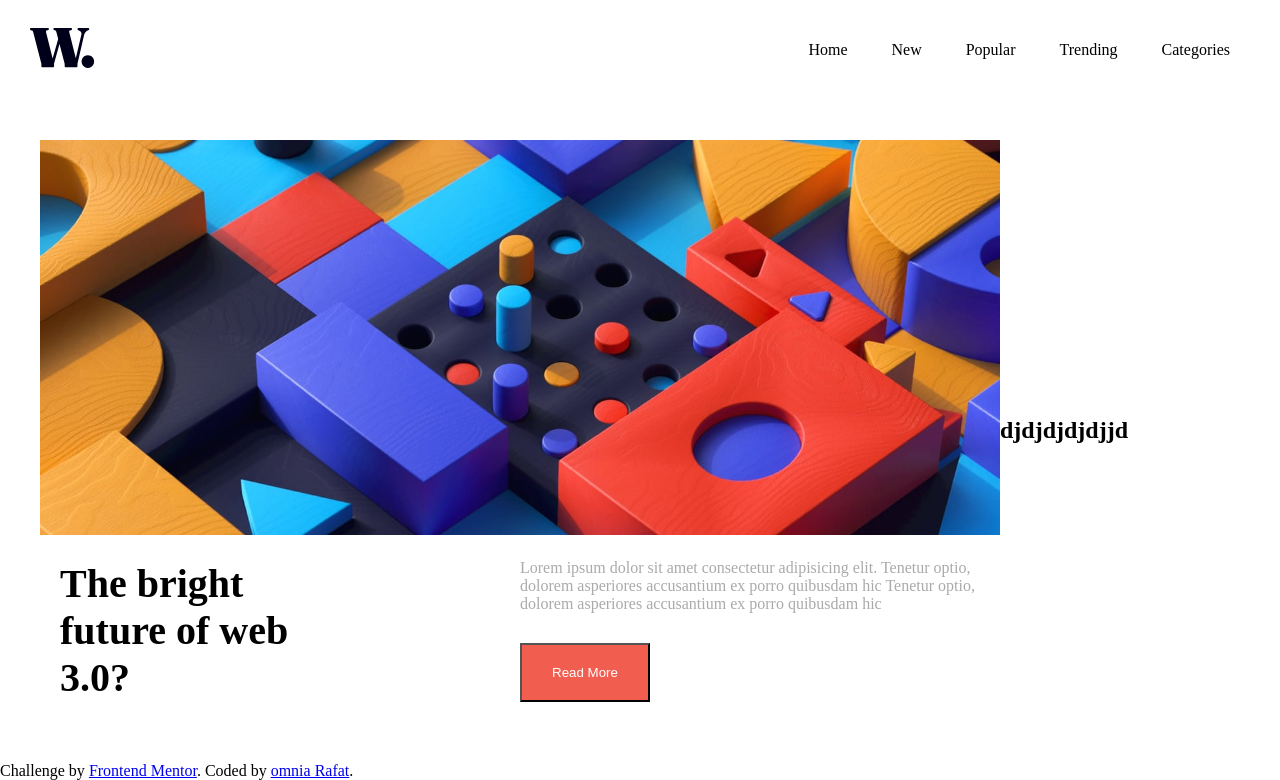
Repository: OmniaRafat232111121/HomePage
Page: index.html
The author's editor kept a copy of each file at every save. The page is drawn from the files as they stood at one save, then again after a run of saves.
The browser window is 1280 px wide. The pictures show the whole page.

Above is the page before, as saved 2022-12-17 15:56:30.

After the next 3 saves:
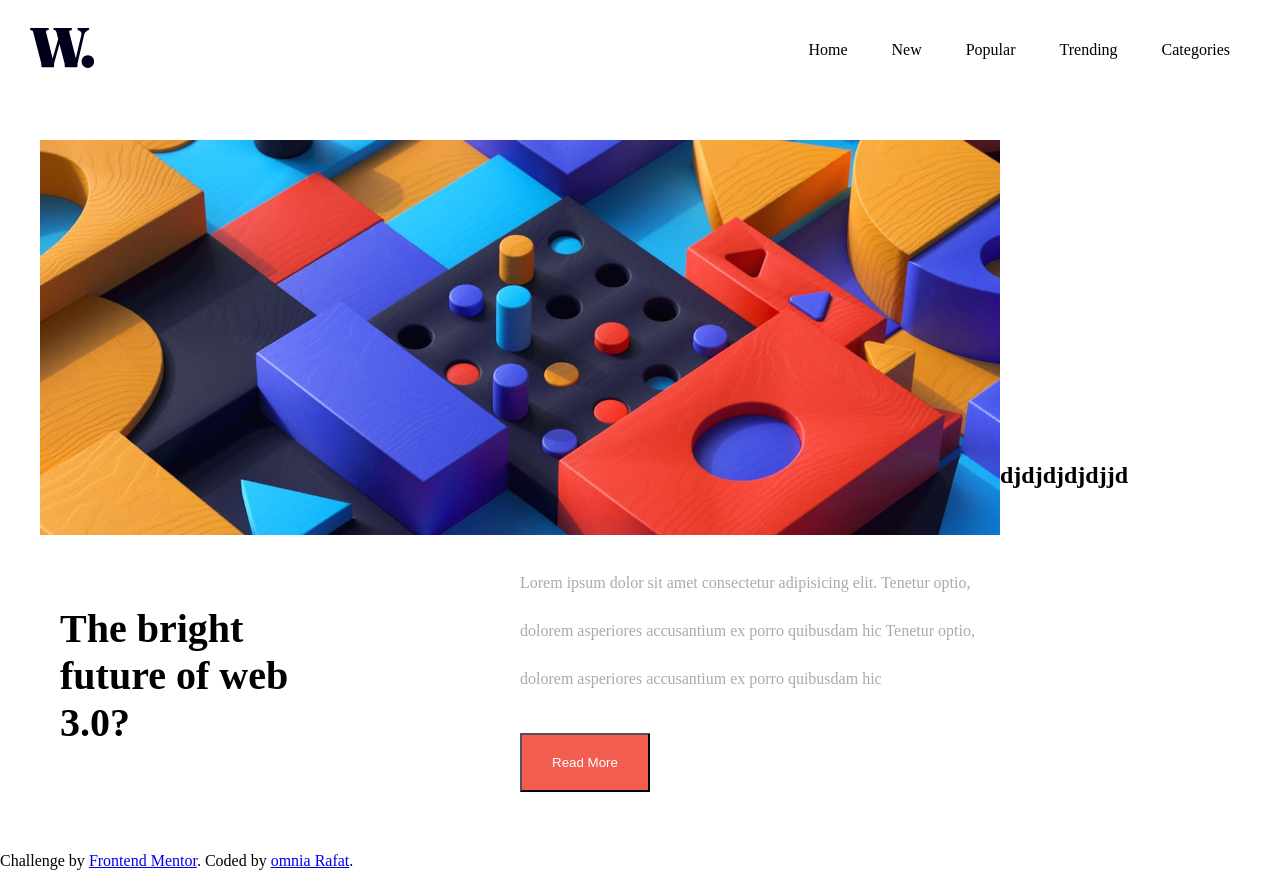
The 3 saves are shown as one change because they came seconds apart.
The last was saved 12 s later.
--- a/style.css
+++ b/style.css
@@ -60,6 +60,7 @@ ul {
 }
 .reading p{
     color:hsl(240, 1%, 67%);
+    line-height: 3;
 }
 .col-content{
     flex-basis: 20%;
